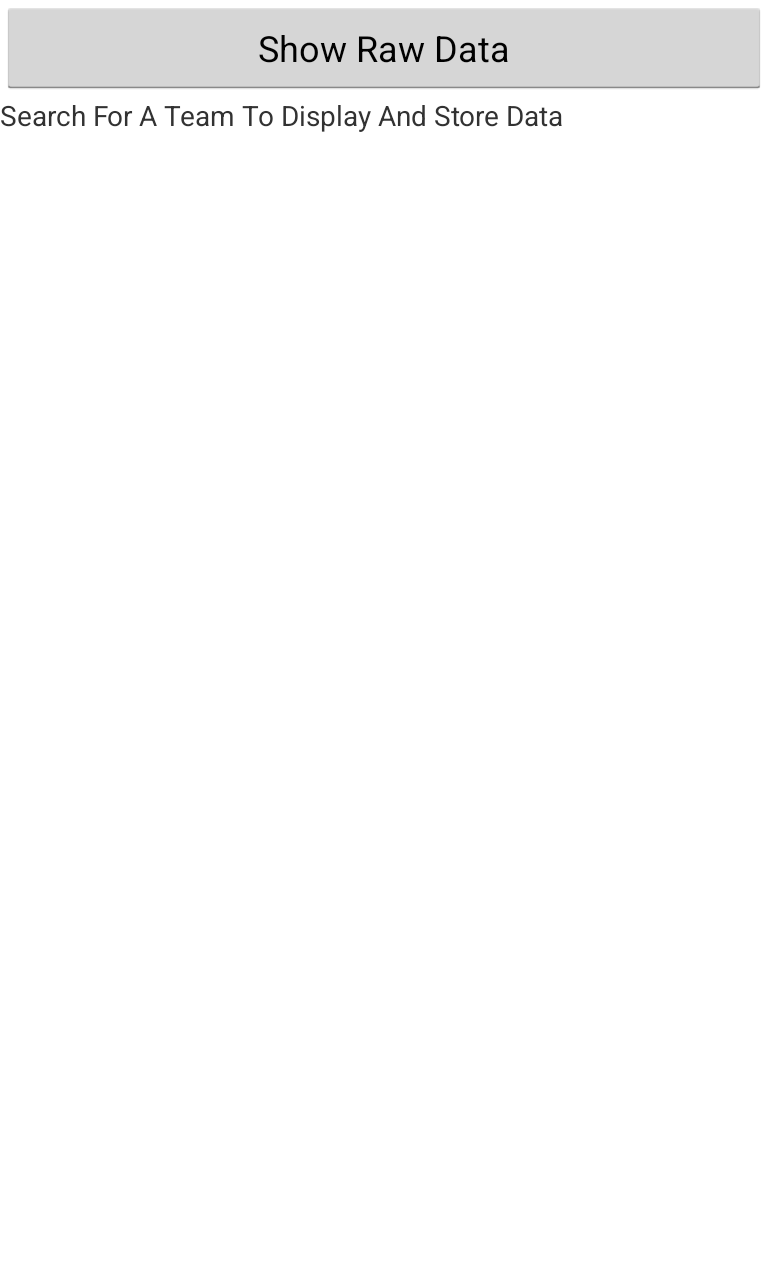
Repository: jemcphe/java1
Layout: teamG.M./TeamGM/res/layout/applayout.xml
These files come from the project's save history. The layout is drawn as it stood at one moment and after the next save; the edit follows.
It is drawn on a 768 x 1280 px phone screen (xhdpi) without system bars, with theme AppTheme; the app's code is not run.

Above is the layout before, as saved 2013-05-26 23:05:18.

### teamG.M./TeamGM/res/layout/applayout.xml
<?xml version="1.0" encoding="utf-8"?>
<LinearLayout xmlns:android="http://schemas.android.com/apk/res/android"
    android:layout_width="match_parent"
    android:layout_height="match_parent"
    android:orientation="vertical" >
    <LinearLayout
        android:id="@+id/datalayout"
        android:layout_width="match_parent"
        android:layout_height="wrap_content"
        android:orientation="vertical">
           	<Button
           	    android:id="@+id/dataButton"
           	    android:layout_width="match_parent"
           	    android:layout_height="wrap_content"
           	    android:text="@string/show_raw_data" />
	</LinearLayout>
	<LinearLayout
	    android:id="@+id/searchLayout"
	    android:layout_width="match_parent"
	    android:layout_height="wrap_content"
	    android:orientation="vertical">
        <TextView
            android:id="@+id/searchLabel"
            android:layout_width="match_parent"
            android:layout_height="wrap_content"
            android:text="@string/search_for_a_team_to_display_and_store_data" />

        <EditText
            android:id="@+id/searchField"
            android:layout_width="0dp"
            android:layout_weight="1"
            android:layout_height="0dp"
            android:hint="@string/search_hint" />

	</LinearLayout>



</LinearLayout>

### teamG.M./TeamGM/res/values/strings.xml
<?xml version="1.0" encoding="utf-8"?>
<resources>

    <string name="app_name">Team GM</string>
    <string name="action_settings">Settings</string>
    <string name="hello_world">Hello world!</string>
    <string name="show_raw_data">Show Raw Data</string>
    <string name="search_for_a_team_to_display_and_store_data">Search For A Team To Display And Store Data</string>
    <string name="search_hint">ex. orioles, redsox, etc...</string>

</resources>

Loaded but not shown: teamG.M./TeamGM/res/values/styles.xml (common file); teamG.M./TeamGM/res/values-v11/styles.xml (common file); teamG.M./TeamGM/res/values-v14/styles.xml (common file)

After the next save:
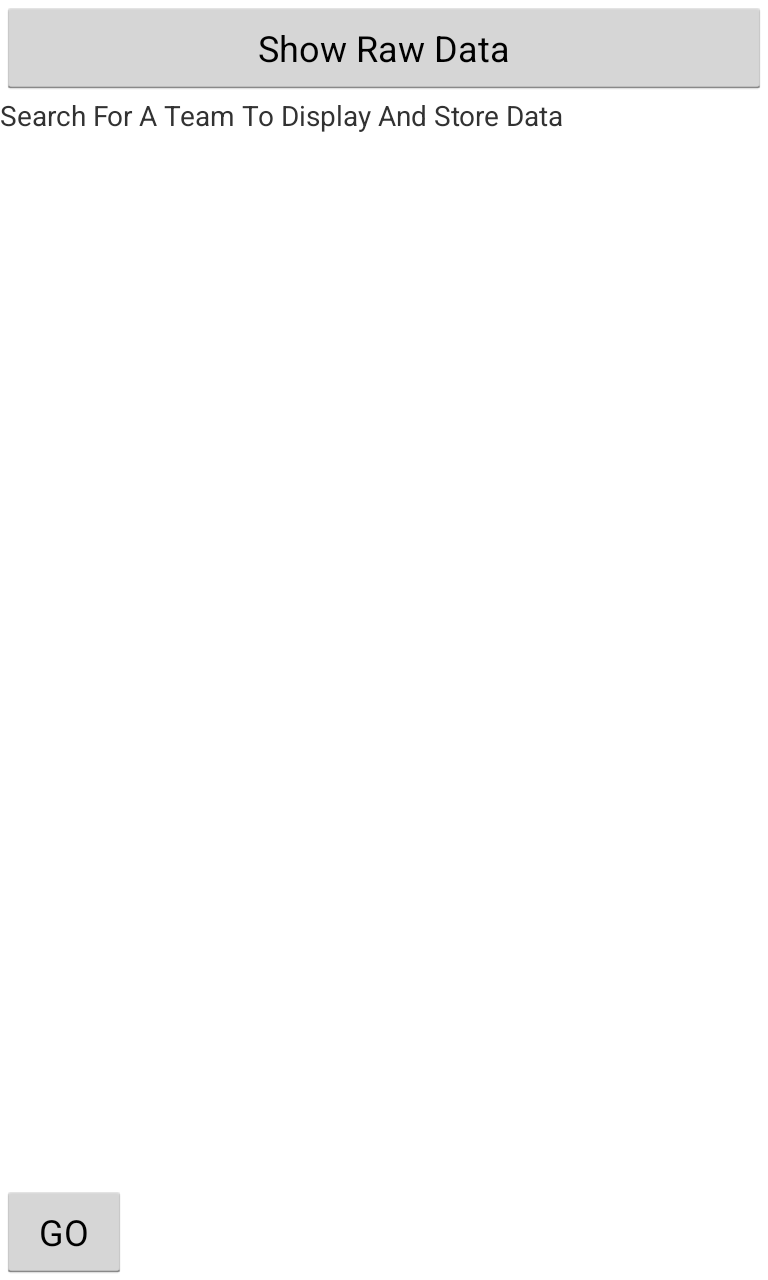
Saved 7 min 16 s later.
--- a/teamG.M./TeamGM/res/layout/applayout.xml
+++ b/teamG.M./TeamGM/res/layout/applayout.xml
@@ -31,6 +31,11 @@
             android:layout_weight="1"
             android:layout_height="0dp"
             android:hint="@string/search_hint" />
+        <Button
+            android:id="@+id/searchButton"
+            android:layout_width="wrap_content"
+            android:layout_height="wrap_content"
+            android:text="GO"/>
 
 	</LinearLayout>
 
